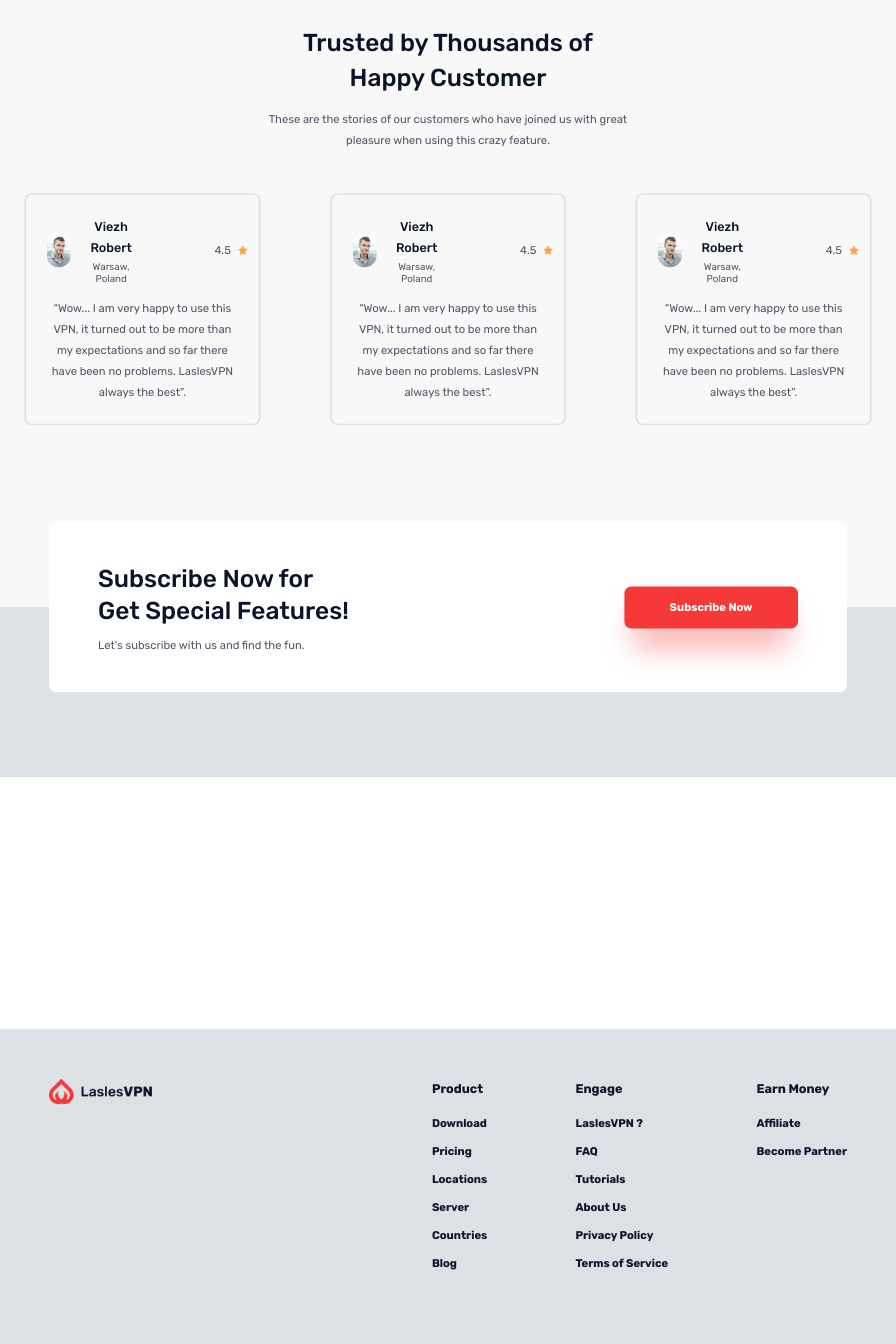
Repository: dangpham205/LaslesVPN-Landing-Page
Page: index.html
The author's editor kept a copy of each file at every save. The page is drawn from the files as they stood at one save, then again after the next save.
The browser window is 1280 px wide. The pictures show the part of the page from y = 3716 to 5636 px (the page is 5636 px tall), at 70% of full size.
Some web libraries are served in a nearby version.

Above is the page before, as saved 2022-07-21 09:18:28.

After the next save:
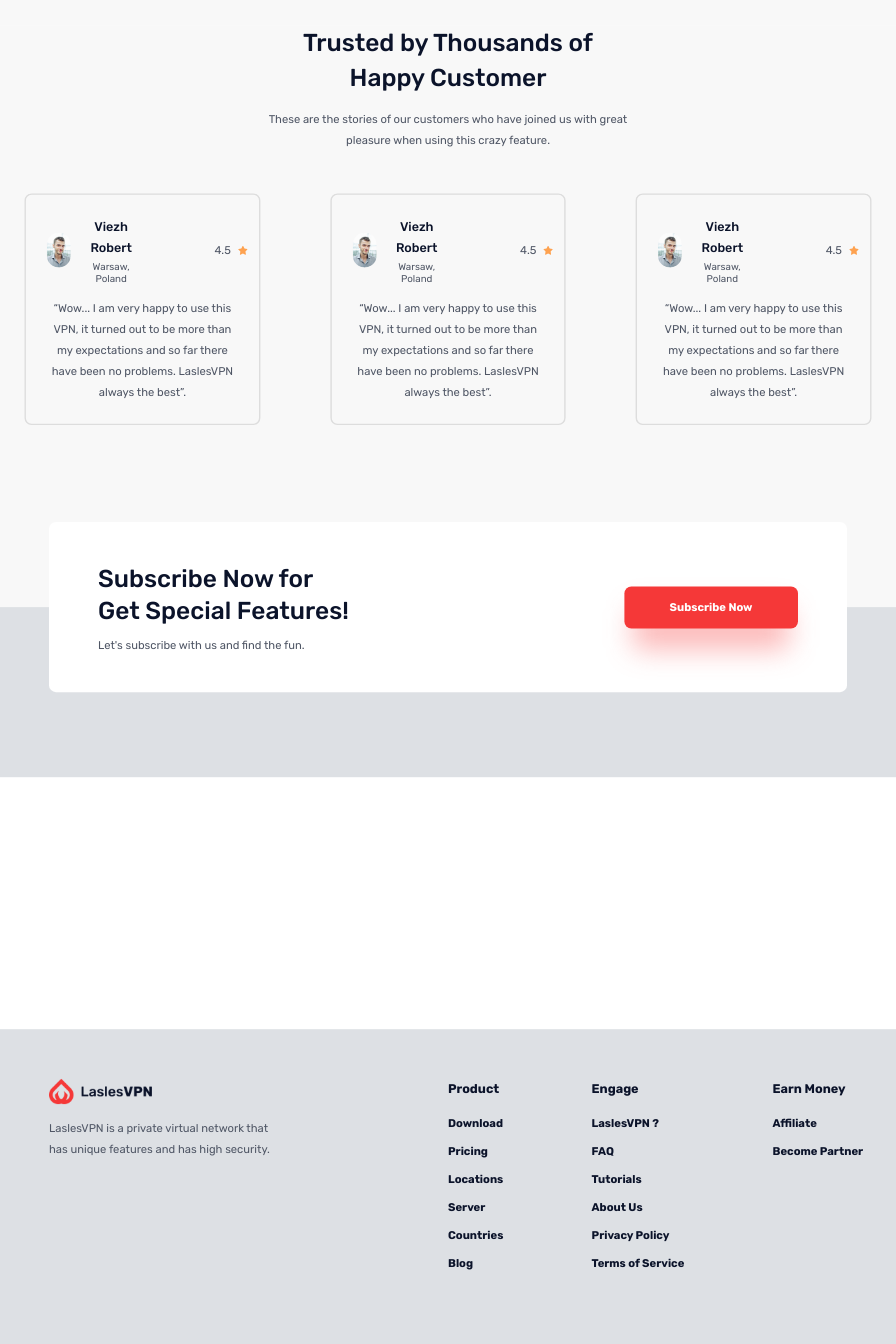
Saved 21 s later.
--- a/index.html
+++ b/index.html
@@ -368,6 +368,7 @@
                     <div class="footer__info">
                         <div class="footer__image">
                             <img src="" alt="" srcset="./assets/img/footer_logo.png 2x">
+                            <p class="footer__desc">LaslesVPN is a private virtual network that has unique features and has high security.</p>
                         </div>
                     </div>
                     <div class="footer__menu">
